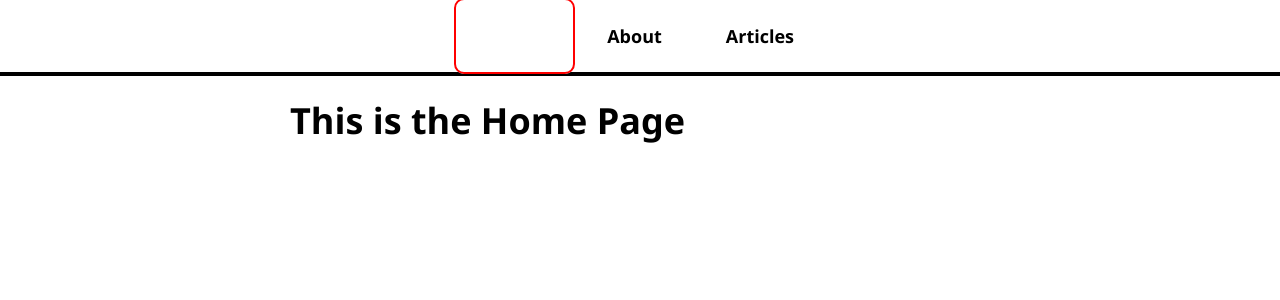
Repository: ShindanoSingi/full-stack-course
Page: / (app in my-blog/)
The author's editor kept a copy of each file at every save. The page is drawn from the files as they stood at one save, then again after the next save.
The browser window is 1280 px wide. The pictures show the whole page.
The project was rebuilt for these pictures with package versions that can differ from the ones it lists, and the page was loaded fresh each time. Also part of the build but not shown: my-blog/src/pages/About.js, my-blog/src/pages/ArticlePage.js, my-blog/src/pages/ArticlesListPage.js, my-blog/src/pages/NotFoundPage.js.

Above is the page before, as saved 2022-12-05 00:27:31.

After the next save:
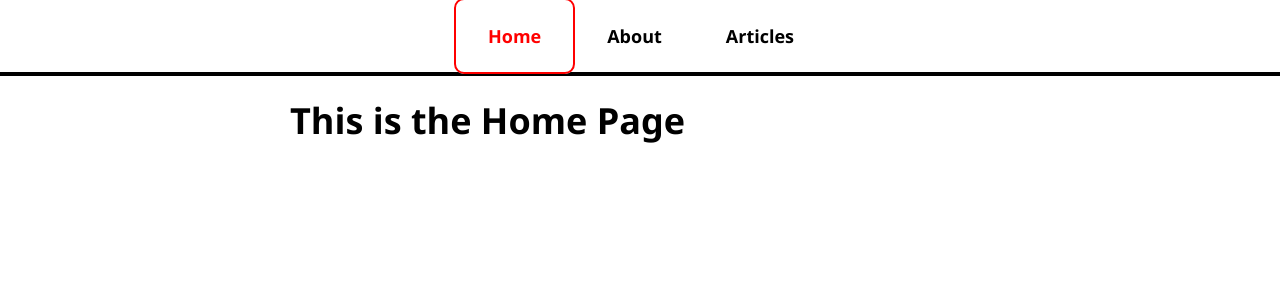
Saved 50 s later.
--- a/my-blog/src/App.css
+++ b/my-blog/src/App.css
@@ -52,7 +52,8 @@ nav a:hover {
 
 .nav-active{
   background: white;
-  color: white;
+  height: 50px;
+  color: red;
   border: 2px solid red;
   border-radius: 10px;
 }
